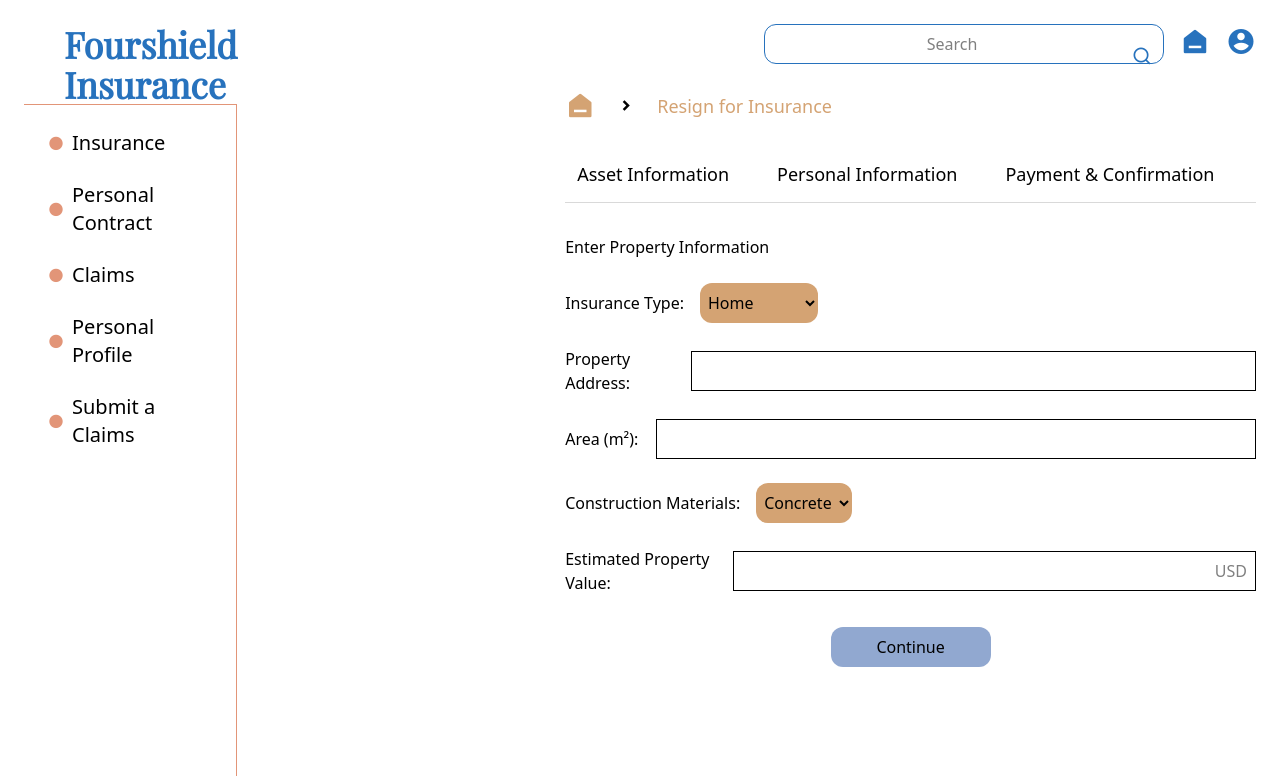
Repository: MockProject9920/MockProject_022025_Nhom4
Page: / (app in frontend/)
These files come from the project's save history. The page is drawn as it stood at one moment and after the next save; the edit follows.
The browser window is 1280 px wide. The page is 1280 px wide, then 1283 px, so the pictures cover 1283 px, including what lies to the right of the window. The pictures show the whole page.
The project was rebuilt for these pictures with package versions that can differ from the ones it lists, and the page was loaded fresh each time. Also part of the build but not shown: frontend/vite.config.js, frontend/src/pages/Login.jsx.

Above is the page before, as saved 2025-03-05 16:59:57.

### frontend/index.html
<!DOCTYPE html>

<html lang="en">
  <head>
    <meta charset="UTF-8" />
    <link rel="icon" type="image/svg+xml" href="/vite.svg" />
    <meta name="viewport" content="width=device-width, initial-scale=1.0" />
    <title>Vite + React</title>
  </head>
  <body>
    <div id="root"></div>
    <script type="module" src="/src/main.jsx"></script>
  </body>
</html>

### frontend/src/index.css
@import "tailwindcss";
@import "remixicon/fonts/remixicon.css";
/*  font-family: system-ui, Avenir, Helvetica, Arial, sans-serif;
  line-height: 1.5;
  font-weight: 400;

  color-scheme: light dark;
  color: rgba(255, 255, 255, 0.87);
  background-color: #242424;

  font-synthesis: none;
  text-rendering: optimizeLegibility;
  -webkit-font-smoothing: antialiased;
  -moz-osx-font-smoothing: grayscale;
}

a {
  font-weight: 500;
  color: #646cff;
  text-decoration: inherit;
}
a:hover {
  color: #535bf2;
}

body {
  margin: 0;
  display: flex;
  place-items: center;
  min-width: 320px;
  min-height: 100vh;
}

h1 {
  font-size: 3.2em;
  line-height: 1.1;
}

button {
  border-radius: 8px;
  border: 1px solid transparent;
  padding: 0.6em 1.2em;
  font-size: 1em;
  font-weight: 500;
  font-family: inherit;
  background-color: #1a1a1a;
  cursor: pointer;
  transition: border-color 0.25s;
}
button:hover {
  border-color: #646cff;
}
button:focus,
button:focus-visible {
  outline: 4px auto -webkit-focus-ring-color;
}

@media (prefers-color-scheme: light) {
  :root {
    color: #213547;
    background-color: #ffffff;
  }
  a:hover {
    color: #747bff;
  }
  button {
    background-color: #f9f9f9;
  }
} */

### frontend/src/App.jsx
import AssetInformation from "./pages/AssetInformation";
import Login from "./pages/Login";

function App() {
  return (
    <>
      <AssetInformation />
    </>
  );
}

export default App;

### frontend/src/pages/AssetInformation.jsx
// import React, { useState } from "react";
// import "@fontsource/playfair-display";

// function AssetInformation() {
//   return (
//     <div className="flex space-x-0 py-10 h-screen w-screen">
//       <div className={`w-[280px] space-y-8 h-full fi`}>
//         <p
//           className="text-4xl text-[#2772BD] font-bold pl-10"
//           style={{ fontFamily: "Playfair Display" }}
//         >
//           Fourshield Insurance
//         </p>
//         <div className="space-y-6 h-full p-6  border-t-1 border-r-1 border-t-[#E29578] border-r-[#E29578]">
//           <div className="flex space-x-2 items-center">
//             <i class="ri-circle-fill text-[#E29578]"></i>
//             <p className="text-xl text-[#E29578]">Insurance</p>
//           </div>
//           <div className="flex space-x-2 items-center">
//             <i class="ri-circle-fill"></i>
//             <p className="text-xl">Personal Contract</p>
//           </div>
//           <div className="flex space-x-2 items-center">
//             <i class="ri-circle-fill"></i>
//             <p className="text-xl">Claims</p>
//           </div>
//           <div className="flex space-x-2 items-center">
//             <i class="ri-circle-fill"></i>
//             <p className="text-xl">Personal Profile</p>
//           </div>
//           <div className="flex space-x-2 items-center">
//             <i class="ri-circle-fill"></i>
//             <p className="text-xl">Submit a Claims</p>
//           </div>
//         </div>
//       </div>

//       <div className=" w-full  mr-60">
//         <div className=" flex space-x-20 justify-end ">
//           <div className="relative">
//             <input
//               placeholder="Search"
//               className="w-100 h-10 border border-[#2772BD] text-center py-2 pr-10 pl-4 rounded-xl"
//             />
//             <i className="ri-search-line absolute right-3 top-[18px] transform -translate-y-1/2 text-[#2772BD] text-xl"></i>
//           </div>

//           <div className="flex space-x-4 text-[#2772BD] text-2xl">
//             <i className="ri-home-6-fill text-3xl"></i>
//             <i className="ri-account-circle-fill text-3xl"></i>
//           </div>
//         </div>

//         <div
//           className="flex space-x-4 w-full ml-20 items-center
//         "
//         >
//           <i className="ri-home-6-fill text-3xl text-[#D4A373]"></i>
//           <i class="ri-arrow-drop-right-line text-3xl"></i>
//           <p className="text-lg text-[#D4A373]">Resign for Insurance</p>
//         </div>

//         <div className="flex space-x-20 ml-20 mt-5 justify-center border-b-1 border-b-[#D9D9D9]">
//           <p className="text-lg p-3 border-b-2 border-b-[#E29578] z-10">
//             Asset Information
//           </p>
//           <p className="text-lg p-3 ">Personal Information</p>
//           <p className="text-lg p-3 ">Payment & Confirmation</p>
//         </div>

//         <div className="ml-20 mt-8 space-y-7">
//           <p className="font-medium">Enter Property Information</p>

//           <div className="flex space-x-4">
//             <p className="font-medium">Insurance Type:</p>
//             <select className="h-10 p-1 ml-57 rounded-xl bg-[#D4A373]">
//               <option className="bg-white" value="Home">
//                 Home
//               </option>
//               <option className="bg-white" value="Apartment">
//                 Apartment
//               </option>
//               <option className="bg-white" value="Commercial">
//                 Commercial
//               </option>
//             </select>
//           </div>
//           <div className="flex space-x-4 w-full justify-between">
//             <p className="font-medium">Property Address:</p>
//             <input className="border-1 w-150 h-10"></input>
//           </div>
//           <div className="flex space-x-4 w-full justify-between">
//             <p className="font-medium">
//               Area (m<sup>2</sup>):
//             </p>
//             <input className="border-1 w-150 h-10"></input>
//           </div>
//           <div className="flex space-x-4">
//             <p className="font-medium">Construction Materials:</p>
//             <select className="h-10 p-1 ml-44 rounded-xl bg-[#D4A373]">
//               <option className="bg-white" value="Concrete">
//                 Concrete
//               </option>
//               <option className="bg-white" value="ApaBrickrtment">
//                 Brick
//               </option>
//               <option className="bg-white" value="Wood">
//                 Wood
//               </option>
//               <option className="bg-white" value="Other">
//                 Other
//               </option>
//             </select>
//           </div>
//           <div className="flex space-x-4 w-full justify-between">
//             <p className="font-medium">Estimated Property Value:</p>
//             <input
//               placeholder="USD"
//               className="text-right p-2 border-1 w-150 h-10"
//             ></input>
//           </div>
//         </div>

//         <div className="w-full mt-8 ml-6 text-center">
//           <button className="bg-[#91A8D0] p-2 w-30 rounded-xl">
//             Continute
//           </button>
//         </div>
//       </div>
//     </div>
//   );
// }

// export default AssetInformation;

// import React, { useState } from "react";
// import "@fontsource/playfair-display";

// function AssetInformation() {
//   return (
//     <div className="flex flex-col md:flex-row py-10 h-screen w-screen">
//       {/* Sidebar */}
//       <div className="w-full md:w-[280px] space-y-8 h-full md:h-auto p-6 border-t border-r md:border-t-0 md:border-r-[#E29578]">
//         <p
//           className="text-4xl text-[#2772BD] font-bold text-center md:text-left"
//           style={{ fontFamily: "Playfair Display" }}
//         >
//           Fourshield Insurance
//         </p>
//         <div className="space-y-6">
//           {[
//             "Insurance",
//             "Personal Contract",
//             "Claims",
//             "Personal Profile",
//             "Submit a Claims",
//           ].map((item, index) => (
//             <div key={index} className="flex space-x-2 items-center">
//               <i className="ri-circle-fill text-[#E29578]"></i>
//               <p className="text-xl">{item}</p>
//             </div>
//           ))}
//         </div>
//       </div>

//       {/* Main Content */}
//       <div className="w-full px-4 md:px-20">
//         {/* Header */}
//         <div className="flex flex-col md:flex-row justify-between items-center mb-6 space-y-4 md:space-y-0">
//           <div className="relative w-full md:w-auto">
//             <input
//               placeholder="Search"
//               className="w-full md:w-100 h-10 border border-[#2772BD] text-center py-2 pr-10 pl-4 rounded-xl"
//             />
//             <i className="ri-search-line absolute right-3 top-1/2 transform -translate-y-1/2 text-[#2772BD] text-xl"></i>
//           </div>
//           <div className="flex space-x-4 text-[#2772BD] text-2xl">
//             <i className="ri-home-6-fill text-3xl"></i>
//             <i className="ri-account-circle-fill text-3xl"></i>
//           </div>
//         </div>

//         {/* Breadcrumb */}
//         <div className="flex space-x-4 items-center text-[#D4A373]">
//           <i className="ri-home-6-fill text-3xl"></i>
//           <i className="ri-arrow-drop-right-line text-3xl"></i>
//           <p className="text-lg">Resign for Insurance</p>
//         </div>

//         {/* Tabs */}
//         <div className="flex justify-center border-b border-b-[#D9D9D9] mt-5">
//           {[
//             "Asset Information",
//             "Personal Information",
//             "Payment & Confirmation",
//           ].map((tab, index) => (
//             <p
//               key={index}
//               className={`text-lg p-3 ${
//                 index === 0 ? "border-b-2 border-b-[#E29578]" : ""
//               }`}
//             >
//               {tab}
//             </p>
//           ))}
//         </div>

//         {/* Form */}
//         <div className="mt-8 space-y-7">
//           <p className="font-medium">Enter Property Information</p>

//           <div className="flex flex-col md:flex-row md:items-center space-y-4 md:space-y-0 md:space-x-4">
//             <p className="font-medium">Insurance Type:</p>
//             <select className="h-10 p-1 rounded-xl bg-[#D4A373]">
//               {["Home", "Apartment", "Commercial"].map((type, index) => (
//                 <option key={index} className="bg-white" value={type}>
//                   {type}
//                 </option>
//               ))}
//             </select>
//           </div>

//           {["Property Address", "Area (m²)", "Estimated Property Value"].map(
//             (label, index) => (
//               <div
//                 key={index}
//                 className="flex flex-col md:flex-row md:items-center justify-between space-y-2 md:space-y-0"
//               >
//                 <p className="font-medium">{label}:</p>
//                 <input
//                   className="border w-full md:w-150 h-10 p-2"
//                   placeholder={
//                     label === "Estimated Property Value" ? "USD" : ""
//                   }
//                 ></input>
//               </div>
//             )
//           )}

//           <div className="flex flex-col md:flex-row md:items-center space-y-4 md:space-y-0 md:space-x-4">
//             <p className="font-medium">Construction Materials:</p>
//             <select className="h-10 p-1 rounded-xl bg-[#D4A373]">
//               {["Concrete", "Brick", "Wood", "Other"].map((material, index) => (
//                 <option key={index} className="bg-white" value={material}>
//                   {material}
//                 </option>
//               ))}
//             </select>
//           </div>
//         </div>

//         {/* Button */}
//         <div className="w-full mt-8 text-center">
//           <button className="bg-[#91A8D0] p-2 w-30 rounded-xl">Continue</button>
//         </div>
//       </div>
//     </div>
//   );
// }

// export default AssetInformation;

import React, { useState } from "react";
import "@fontsource/playfair-display";

function AssetInformation() {
  const [isSidebarOpen, setIsSidebarOpen] = useState(false);

  return (
    <div className="flex flex-col md:flex-row h-screen w-screen">
      {/* Nút mở sidebar trên mobile */}
      <button
        className="md:hidden p-4 text-2xl text-[#2772BD]"
        onClick={() => setIsSidebarOpen(!isSidebarOpen)}
      >
        <i className="ri-menu-line"></i>
      </button>

      {/* Sidebar */}
      <div
        className={`fixed md:static top-0 left-0 h-full w-[280px] bg-white  p-6 transition-transform duration-300
        ${
          isSidebarOpen ? "translate-x-0" : "-translate-x-full md:translate-x-0"
        }`}
      >
        <button
          className="md:hidden text-2xl text-[#E29578] mb-4"
          onClick={() => setIsSidebarOpen(false)}
        >
          <i className="ri-close-line"></i>
        </button>
        <p
          className="text-4xl text-[#2772BD] font-bold pl-10"
          style={{ fontFamily: "Playfair Display" }}
        >
          Fourshield Insurance
        </p>
        <div className="space-y-6 h-full p-6 border-t border-r border-[#E29578]">
          {[
            "Insurance",
            "Personal Contract",
            "Claims",
            "Personal Profile",
            "Submit a Claims",
          ].map((item, index) => (
            <div key={index} className="flex space-x-2 items-center">
              <i className="ri-circle-fill text-[#E29578]"></i>
              <p className="text-xl">{item}</p>
            </div>
          ))}
        </div>
      </div>

      {/* Nội dung chính */}
      <div className="w-full p-6 md:ml-[280px]">
        <div className="flex justify-end space-x-4">
          <div className="relative">
            <input
              placeholder="Search"
              className="w-40 md:w-100 h-10 border border-[#2772BD] text-center py-2 pr-10 pl-4 rounded-xl"
            />
            <i className="ri-search-line absolute right-3 top-[18px] text-[#2772BD] text-xl"></i>
          </div>
          <div className="flex space-x-4 text-[#2772BD] text-2xl">
            <i className="ri-home-6-fill text-3xl"></i>
            <i className="ri-account-circle-fill text-3xl"></i>
          </div>
        </div>

        <div className="flex space-x-4 items-center mt-6">
          <i className="ri-home-6-fill text-3xl text-[#D4A373]"></i>
          <i className="ri-arrow-drop-right-line text-3xl"></i>
          <p className="text-lg text-[#D4A373]">Resign for Insurance</p>
        </div>

        <div className="flex space-x-6 mt-6 border-b border-[#D9D9D9]">
          {[
            "Asset Information",
            "Personal Information",
            "Payment & Confirmation",
          ].map((tab, index) => (
            <p
              key={index}
              className="text-lg p-3 border-b-2 border-transparent hover:border-[#E29578] cursor-pointer"
            >
              {tab}
            </p>
          ))}
        </div>

        <div className="mt-8 space-y-6">
          <p className="font-medium">Enter Property Information</p>
          <div className="flex flex-col md:flex-row md:items-center md:space-x-4">
            <p className="font-medium">Insurance Type:</p>
            <select className="h-10 p-1 rounded-xl bg-[#D4A373] w-full md:w-auto">
              {["Home", "Apartment", "Commercial"].map((type) => (
                <option key={type} value={type}>
                  {type}
                </option>
              ))}
            </select>
          </div>
          <div className="flex flex-col md:flex-row md:items-center md:justify-between">
            <p className="font-medium">Property Address:</p>
            <input className="border p-2 w-full md:w-150 h-10" />
          </div>
          <div className="flex flex-col md:flex-row md:items-center md:justify-between">
            <p className="font-medium">Area (m²):</p>
            <input className="border p-2 w-full md:w-150 h-10" />
          </div>
          <div className="flex flex-col md:flex-row md:items-center md:space-x-4">
            <p className="font-medium">Construction Materials:</p>
            <select className="h-10 p-1 rounded-xl bg-[#D4A373] w-full md:w-auto">
              {["Concrete", "Brick", "Wood", "Other"].map((material) => (
                <option key={material} value={material}>
                  {material}
                </option>
              ))}
            </select>
          </div>
          <div className="flex flex-col md:flex-row md:items-center md:justify-between">
            <p className="font-medium">Estimated Property Value:</p>
            <input
              placeholder="USD"
              className="border p-2 text-right w-full md:w-150 h-10"
            />
          </div>
        </div>

        <div className="text-center mt-8">
          <button className="bg-[#91A8D0] p-2 w-40 rounded-xl">Continue</button>
        </div>
      </div>
    </div>
  );
}

export default AssetInformation;

Loaded but not shown: frontend/src/main.jsx (common file)

After the next save:
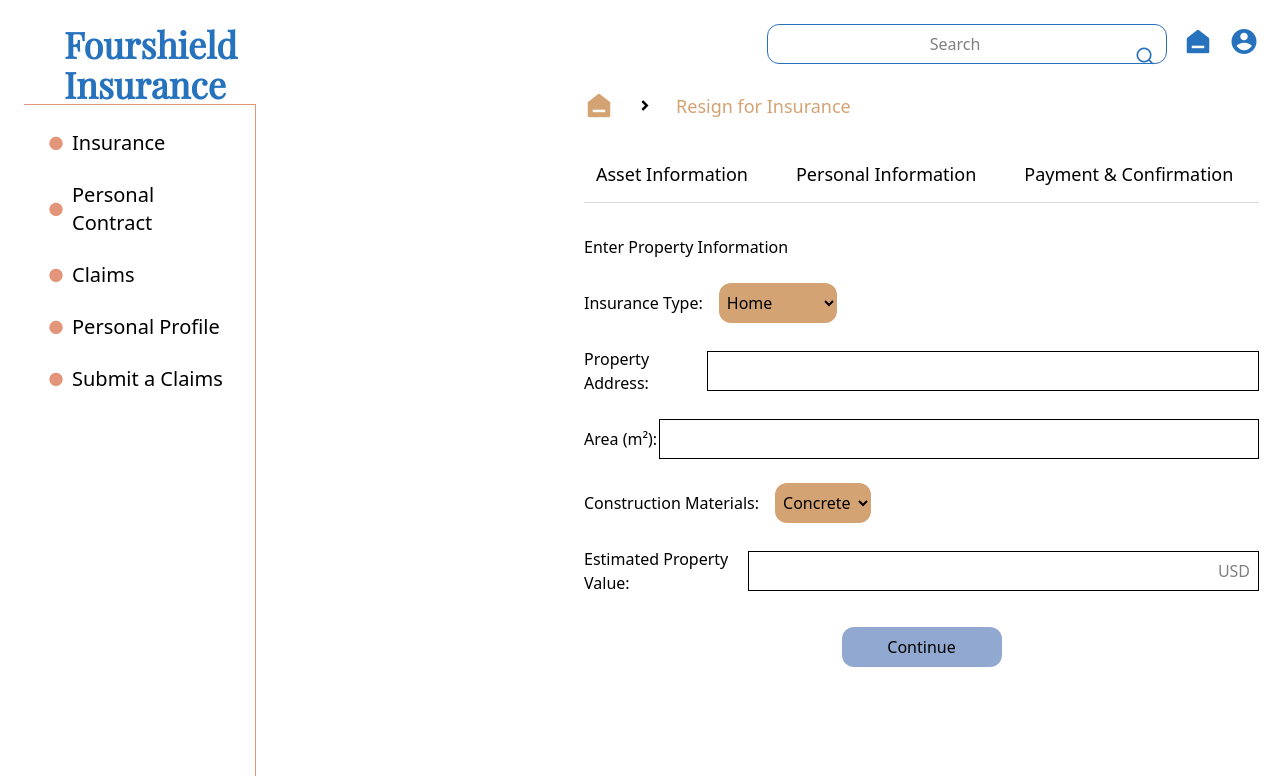
Saved 20 s later.
--- a/frontend/src/pages/AssetInformation.jsx
+++ b/frontend/src/pages/AssetInformation.jsx
@@ -278,7 +278,7 @@ function AssetInformation() {
 
       {/* Sidebar */}
       <div
-        className={`fixed md:static top-0 left-0 h-full w-[280px] bg-white  p-6 transition-transform duration-300
+        className={`fixed md:static space-x-6 top-0 left-0 h-full w-[280px] bg-white  p-6 transition-transform duration-300
         ${
           isSidebarOpen ? "translate-x-0" : "-translate-x-full md:translate-x-0"
         }`}
